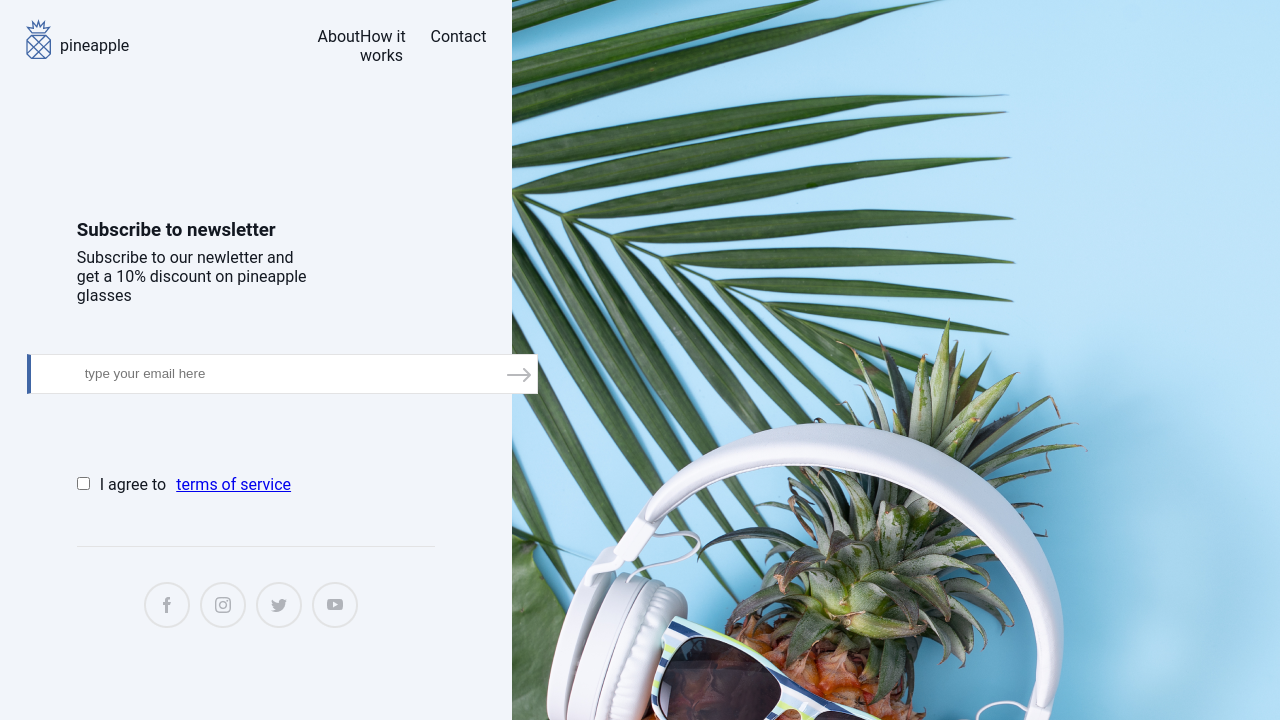
Repository: PaulsBebris/megabit-task
Page: /
The author's editor kept a copy of each file at every save. The page is drawn from the files as they stood at one save, then again after the next save.
The browser window is 1280 px wide. The pictures show the whole page.
The project was rebuilt for these pictures with package versions that can differ from the ones it lists, and the page was loaded fresh each time.

Above is the page before, as saved 2021-04-19 16:15:38.

After the next save:
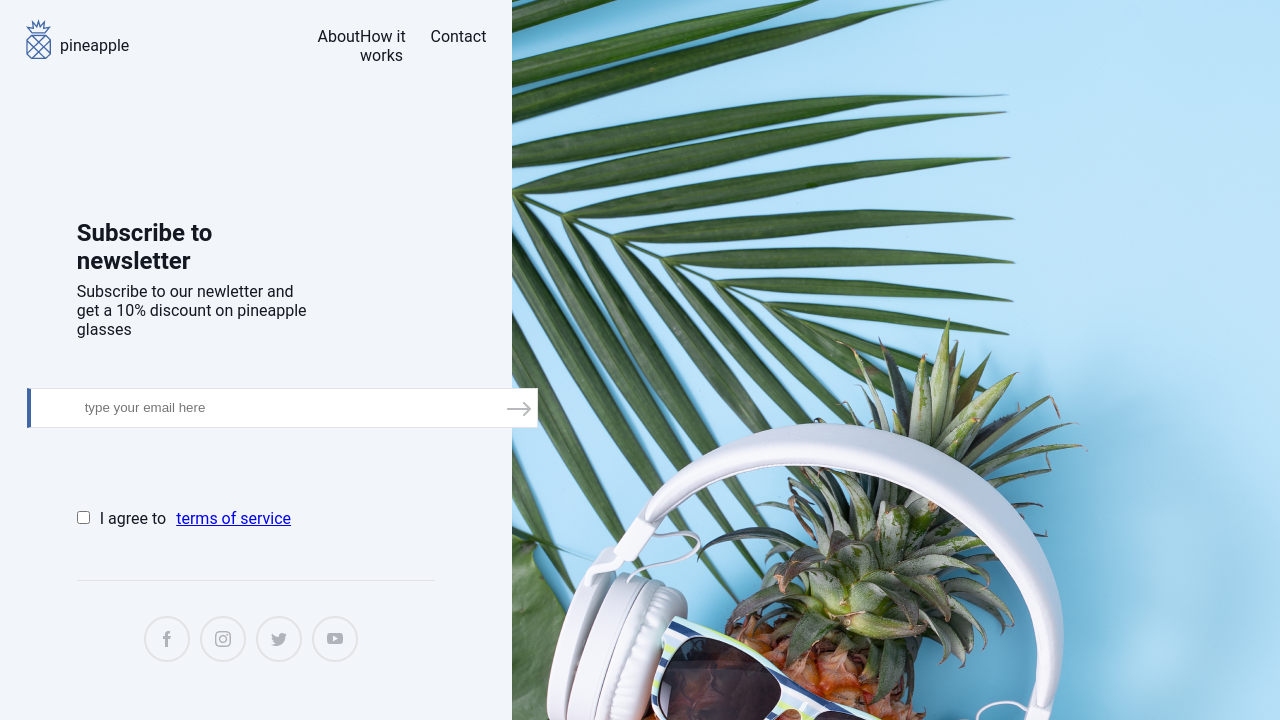
Saved 3 min 48 s later.
--- a/src/views/Home.vue
+++ b/src/views/Home.vue
@@ -13,7 +13,7 @@
         </div>
       </div>
       <div class="content-wrapper">
-        <h3>Subscribe to newsletter</h3>
+        <h2>Subscribe to newsletter</h2>
         <p>Subscribe to our newletter and get a 10% discount on pineapple glasses</p>
       </div>
       <div class="subscribe-form-wrapper">
